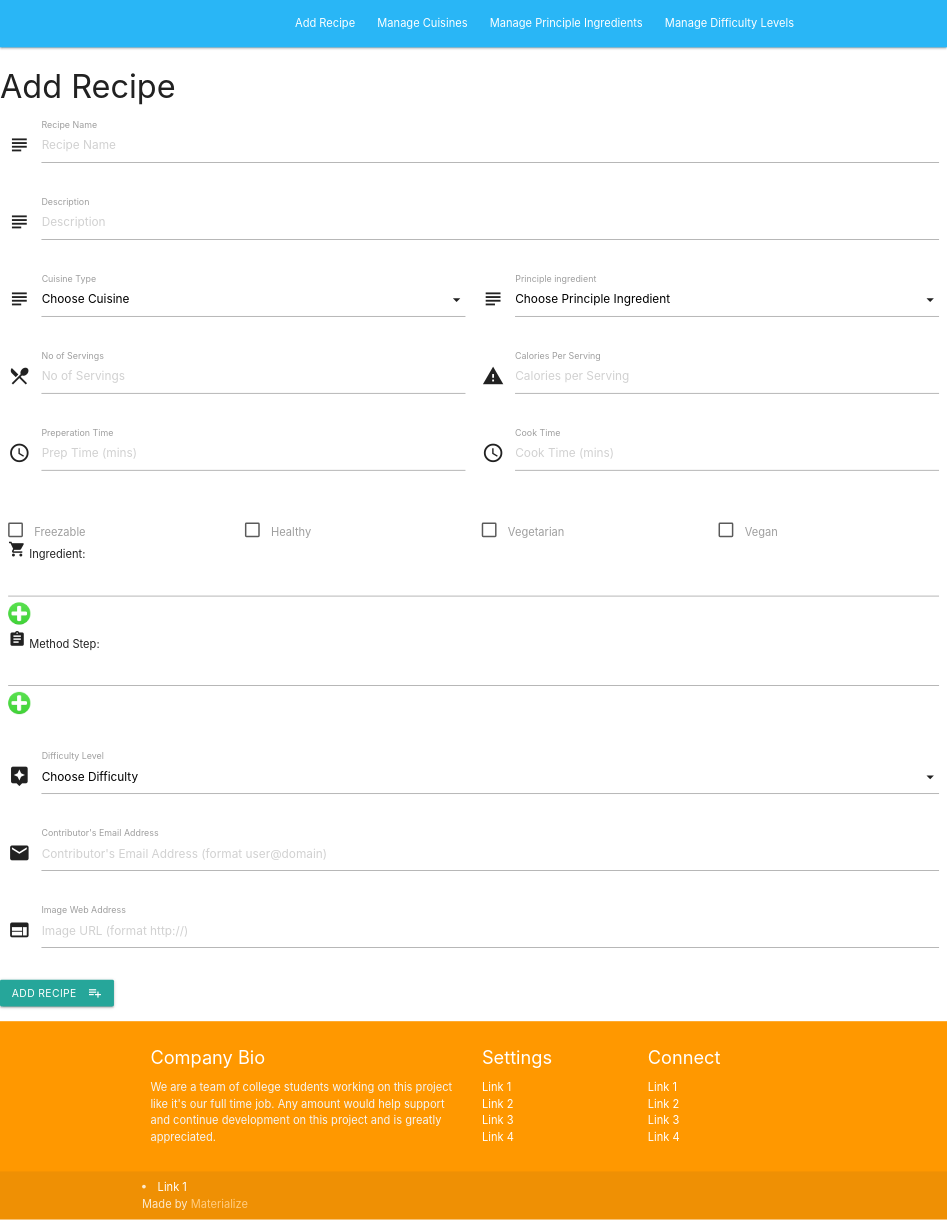
Repository: keefm6776/cookery-website
Page: http://localhost/add_recipe
The author's editor kept a record of every edit. The page is drawn from the files as they stood at one moment, then again after the next edit.
The browser window is 1280 px wide. The pictures show the whole page, at 74% of full size.
The page is served by the project's application, run on Flask 3 (app.py). Queries for data that is not in the repository find no rows.

Above is the page before.

### templates/add_recipe.html
{% extends 'base.html' %} {% block content %}

<h3>Add Recipe</h3>

<div class="row">
    <form action="{{url_for('insert_recipe')}}" method="POST" class="col s12">
        <div class="row">
            <div class="input-field col s12">
                <i class="material-icons prefix">subject</i>
                <label>Recipe Name</label>
                <input placeholder="Recipe Name" id="recipe_name" name="recipe_name" type="text" class="validate">
            </div>
            <!-- input-field -->
        </div>
        <!-- Row -->
        <div class="row">
            <div class="input-field col s12">
                <i class="material-icons prefix">subject</i>
                <label>Description</label>
                <input placeholder="Description" id="blurb" name="blurb" type="text" class="validate">
            </div>
            <!-- input-field -->
        </div>
        <!-- Row -->

        <div class="row">
            <div class="input-field col s12 l6">
                <i class="material-icons prefix">subject</i>
                <select id="cuisine_type" name="cuisine_type" type="text">
            <option value="" disabled selected>Choose Cuisine</option>
            {% for cuisine in cuisines %}
                       <option value="{{cuisine.name}}">{{cuisine.name}}</option>
            {% endfor %}
        </select>
                <label>Cuisine Type</label>
            </div>
            <!-- input-field -->


            <div class="input-field col s12 l6">
                <i class="material-icons prefix">subject</i>
                <select id="principle" name="principle_ingredient" type="text`">
            <option value="" disabled selected>Choose Principle Ingredient</option>

            {% for principle in principles %}
              <option value="{{principle.name}}">{{principle.name}}</option>
            {% endfor %}
        </select>
                <label>Principle ingredient</label>
            </div>
            <!-- input-field -->
        </div>
        <!-- Row -->


        <div class="row">
            <div class="input-field col l6 s12">
                <i class="material-icons prefix">restaurant_menu</i>
                <label>No of Servings</label>
                <input placeholder="No of Servings" id="servings" name="servings" type="number" class="validate">
            </div>
            <!-- input-field -->
            <div class="input-field col l6 s12">
                <i class="material-icons prefix">warning</i>
                <label>Calories Per Serving</label>
                <input placeholder="Calories per Serving" id="calories_per_serve" name="calories_per_serve" type="number" class="validate">
            </div>
            <!-- inpuit-field -->
        </div>
        <!-- Row -->

        <div class="row">
            <div class="input-field col l6 s12">
                <i class="material-icons prefix">access_time</i>
                <label>Preperation Time</label>
                <input placeholder="Prep Time (mins)" id="prep_time" name="prep_time" type="number" class="validate">
            </div>
            <!-- input-field -->
            <div class="input-field col l6 s12">
                <i class="material-icons prefix">access_time</i>
                <label>Cook Time</label>
                <input placeholder="Cook Time (mins)" id="cook_time" name="cook_time" type="number" class="validate">
            </div>
            <!-- input-field -->
        </div>
        <!-- Row -->

        <div class="row">
            <div class="input-field col s6 l3">
                <label>
          <input type="checkbox" id="isfreezable" name="isfreezable" class="filled-in"/>
          <span>Freezable</span>
        </label>
            </div>
            <!-- input-field -->

            <div class="input-field col s6 l3">
                <label>
          <input type="checkbox" id="ishealthy" name="ishealthy" class="filled-in"/>
          <span>Healthy</span>
        </label>
            </div>
            <!-- input-field -->

            <div class="input-field col s6 l3">
                <label>
          <input type="checkbox" id="isvegetarian" name="isvegetarian" class="filled-in"/>
          <span>Vegetarian</span>
        </label>
            </div>
            <!-- input-field -->

            <div class="input-field col s6 l3">
                <label>
          <input type="checkbox" id="isvegan" name="isvegan" class="filled-in"/>
          <span>Vegan</span>
        </label>
            </div>
            <!-- input-field -->
        </div>
        <!-- Row -->



        <div class="field_wrapper">
            <div>
                <i class="material-icons prefix">local_grocery_store</i> Ingredient:
                <input type="text" name="ingredient[]" value="" />
                <a href="javascript:void(0);" class="add_button" title="Add Ingredient field"><img src="{{url_for('static', filename='images/add-1-icon.png')}}" alt="Tick" width="30" height="30" /></a>
            </div>
        </div>

        <div class="field_wrapper">
            <div>
                <i class="material-icons prefix">assignment</i> Method Step:
                <input type="text" name="method_step[]" value="" />
                <a href="javascript:void(0);" class="add_button" title="Add Method field"><img src="{{url_for('static', filename='images/add-1-icon.png')}}" alt="Tick" width="30" height="30" /></a>
            </div>
        </div>

</div>


<div class="row">

</div>

<div class="row">
    <div class="input-field col s12">
        <i class="material-icons prefix">assistant</i>
        <select id="difficulty" name="difficulty" type="text">
            <option value="" disabled selected>Choose Difficulty</option>
            {% for level in difficulties%}
              <option value="{{ level.level }}">{{ level.level }}</option>
            {% endfor %}
        </select>
        <label>Difficulty Level</label>
    </div>
    <!-- input-field -->
</div>
<!-- Row -->

<div class="row">
    <div class="input-field col s12">
        <i class="material-icons prefix">email</i>
        <label>Contributor's Email Address</label>
        <input placeholder="Contributor's Email Address (format user@domain)" id="contributor" name="contributor" type="email" class="validate">
    </div>
    <!-- input-field -->
</div>
<!-- Row -->

<div class="row">
    <div class="input-field col s12">
        <i class="material-icons prefix">web</i>
        <label>Image Web Address</label>
        <input placeholder="Image URL (format http://)" id="image_url" name="image_url" type="url" class="validate">
    </div>
    <!-- input-field -->
</div>
<!-- Row -->

<div class="row">
    <button class="btn waves-effect waves-light" type="submit" name="action">Add Recipe
                <i class="material-icons right">playlist_add</i>
            </button>
</div>
<!--Row-->
</form>
</div>
<!-- Row -->

{% endblock %}

### templates/base.html
<!DOCTYPE html>
<html lang="en">

<head>
  <meta http-equiv="Content-Type" content="text/html; charset=UTF-8" />
  <meta name="viewport" content="width=device-width, initial-scale=1" />
  <title>Cookbook Website</title>

  <!--Load links to CSS files for materialize and my own-->
  <link href="https://fonts.googleapis.com/icon?family=Material+Icons" rel="stylesheet">
  <link rel="stylesheet" href="{{url_for('static', filename='css/materialize.min.css')}}" type="text/css">
  <link rel="stylesheet" href="{{url_for('static', filename='css/style.css')}}" type="text/css">

</head>

<body>

  <nav class="light-blue lighten-1" role="navigation">
    <div class="nav-wrapper container"><a id="logo-container" href="{{url_for('static', filename='images/earth.jpg')}}" class="brand-logo"></a>
      <ul class="right hide-on-med-and-down">
        <li><a href="{{url_for('add_recipe')}}">Add Recipe</a></li>
        <li><a href="{{url_for('get_cuisines')}}">Manage Cuisines</a></li>
        <li><a href="{{url_for('get_principles')}}">Manage Principle Ingredients</a></li>
        <li><a href="{{url_for('get_difficulties')}}">Manage Difficulty Levels</a></li>
      </ul>

      <ul id="nav-mobile" class="sidenav">
        <li><a href="{{url_for('get_recipes')}}">List Recipes</a></li>
        <li><a href="{{url_for('add_recipe')}}">Add Recipe</a></li>
        <li><a href="{{url_for('get_cuisines')}}">Manage Cuisines</a></li>
        <li><a href="{{url_for('get_principles')}}">Manage Principle Ingredients</a></li>
        <li><a href="{{url_for('get_difficulties')}}">Manage Difficulty Levels</a></li>
      </ul>
      <a href="#" data-target="nav-mobile" class="sidenav-trigger"><i class="material-icons">menu</i></a>
    </div>
  </nav>

  {% block content %} {% endblock %}

  <footer class="page-footer orange">
    <div class="container">
      <div class="row">
        <div class="col l6 s12">
          <h5 class="white-text">Company Bio</h5>
          <p class="grey-text text-lighten-4">We are a team of college students working on this project like it's our full time job. Any amount would help support and continue development on this project and is greatly appreciated.</p>


        </div>
        <div class="col l3 s12">
          <h5 class="white-text">Settings</h5>
          <ul>
            <li><a class="white-text" href="#!">Link 1</a></li>
            <li><a class="white-text" href="#!">Link 2</a></li>
            <li><a class="white-text" href="#!">Link 3</a></li>
            <li><a class="white-text" href="#!">Link 4</a></li>
          </ul>
        </div>
        <div class="col l3 s12">
          <h5 class="white-text">Connect</h5>
          <ul>
            <li><a class="white-text" href="#!">Link 1</a></li>
            <li><a class="white-text" href="#!">Link 2</a></li>
            <li><a class="white-text" href="#!">Link 3</a></li>
            <li><a class="white-text" href="#!">Link 4</a></li>
          </ul>
        </div>
      </div>
    </div>

    <div class="footer-copyright">
      <div class="container">
        <li><a class="white-text" href="#!">Link 1</a></li>
        Made by <a class="orange-text text-lighten-3" href="http://materializecss.com">Materialize</a>
      </div>
    </div>
  </footer>



  <!--JavaScript at end of body for optimized loading-->
  <script type="text/javascript" src="{{url_for('static', filename='js/jquery.js')}}"></script>
  <script type="text/javascript" src="{{url_for('static', filename='js/init.js')}}"></script>
  <script type="text/javascript" src="{{url_for('static', filename='js/materialize.min.js')}}"></script>
  <script type="text/javascript">
    $(document).ready(function() {
      $('select').formSelect();
    });
  </script>

  <script type="text/javascript">
$(document).ready(function(){
    var maxField = 10; //Input fields increment limitation
    var addButton = $('.add_button'); //Add button selector
    var wrapper = $('.field_wrapper'); //Input field wrapper
    var fieldHTML = '<div><input type="text" name="field_name[]" value=""/><a href="javascript:void(0);" class="remove_button"><img src="remove-icon.png"/></a></div>'; //New input field html
    var x = 1; //Initial field counter is 1

    //Once add button is clicked
    $(addButton).click(function(){
        //Check maximum number of input fields
        if(x < maxField){
            x++; //Increment field counter
            $(wrapper).append(fieldHTML); //Add field html
        }
    });

    //Once remove button is clicked
    $(this).on('click', '.remove_button', function(e){
        e.preventDefault();
        $(this).parent('div').remove(); //Remove field html
        x--; //Decrement field counter
    });
});
</script>

</body>



<footer>

</footer>

</html>

### app.py
import os
from flask import Flask, render_template, redirect, request, url_for
from flask_pymongo import PyMongo
from bson.objectid import ObjectId

app = Flask(__name__)
app.config["MONGO_DBNAME"] = 'cookbook'
app.config["MONGO_URI"] = 'mongodb+srv://root:31Wirpbj6677@cookery-website-xysxa.mongodb.net/cookbook?retryWrites=true&w=majority'

mongo = PyMongo(app)

################################################################################### Recipe Operations

@app.route('/')
@app.route('/get_recipes')
def get_recipes():
    all_recipes=mongo.db.recipes.find()
    return render_template("list_recipes.html", recipes=all_recipes)

@app.route('/add_recipe')
def add_recipe():
    all_difficulties=mongo.db.difficulty_levels.find()
    all_cuisines=mongo.db.cuisine_type.find()
    all_principles=mongo.db.principle_ingredients.find()
    return render_template("add_recipe.html", difficulties=all_difficulties, cuisines=all_cuisines, principles=all_principles)

@app.route('/insert_recipe', methods=['POST'])
def insert_recipe():
    recipes = mongo.db.recipes
    recipes.insert_one(request.form.to_dict())
    return redirect(url_for('get_recipes'))

@app.route('/view_recipe/<recipe_id>')
def view_recipe(recipe_id):
    this_recipe=mongo.db.recipes.find_one({"_id": ObjectId(recipe_id)})
    all_cuisines=mongo.db.cuisine_type.find()
    return render_template('view_recipe.html', recipe=this_recipe, cuisines=all_cuisines)

@app.route('/edit_recipe/<recipe_id>')
def edit_recipe(recipe_id):
    this_recipe =  mongo.db.recipes.find_one({"_id": ObjectId(recipe_id)})
    all_cuisines =  mongo.db.cuisine_type.find()
    all_principles =  mongo.db.principle_ingredients.find()
    all_difficulties = mongo.db.difficulty_levels.find()
    return render_template('edit_recipe.html', recipe=this_recipe, cuisines=all_cuisines, principles=all_principles, difficulties=all_difficulties)

@app.route('/update_recipe/<recipe_id>', methods=['POST'])
def update_recipe(recipe_id):
    recipes =  mongo.db.recipes
    recipes.update({'_id': ObjectId(recipe_id)},
    {'recipe_name': request.form.get('recipe_name'),
    'cuisine_type': request.form.get('cuisine_type'),
    'servings': request.form.get('servings'),
    'prep_time': request.form.get('prep_time'),
    'cook_time': request.form.get('cook_time'),
    'calories_per_serve': request.form.get('calories_per_serve'),
    'difficulty': request.form.get('difficulty'),
    'blurb': request.form.get('blurb'),
    'isfreezable': request.form.get('isfreezable'),
    'ishealthy': request.form.get('ishealthy'),
    'isvegan': request.form.get('isvegan'),
    'isvegetarian': request.form.get('isvegetarian'),
    'ingredients': request.form.get('ingredients'),
    'method': request.form.get('method'),
    'principle_ingredient': request.form.get('principle_ingredient'),
    'contributor': request.form.get('contributor'),
    'image_url': request.form.get('image_url')
    })
    return redirect(url_for('get_recipes'))

@app.route('/delete_recipe/<recipe_id>')
def delete_recipe(recipe_id):
    mongo.db.recipes.remove({'_id': ObjectId(recipe_id)})
    return redirect(url_for('get_recipes'))

######################################################################## Cuisine Operations


@app.route('/get_cuisines')
def get_cuisines():
    all_cuisines=mongo.db.cuisine_type.find()
    return render_template("manage_cuisines.html", cuisines=all_cuisines)

@app.route('/add_cuisine')
def add_cuisine():
    all_cuisines=mongo.db.cuisine_type.find()
    return render_template("add_cuisine.html", cuisines=all_cuisines)

@app.route('/edit_cuisine/<cuisine_id>')
def edit_cuisine(cuisine_id):
    this_cuisine =  mongo.db.cuisine_type.find_one({"_id": ObjectId(cuisine_id)})
    return render_template("edit_cuisine.html", cuisine=this_cuisine)

@app.route('/delete_cuisine/<cuisine_id>')
def delete_cuisine(cuisine_id):
    mongo.db.cuisine_type.remove({'_id': ObjectId(cuisine_id)})
    return redirect(url_for('get_cuisines'))

@app.route('/insert_cuisine', methods=['POST'])
def insert_cuisine():
    cuisines = mongo.db.cuisine_type
    cuisines.insert_one(request.form.to_dict())
    return redirect(url_for('get_cuisines'))

@app.route('/update_cuisine/<cuisine_id>', methods=['POST'])
def update_cuisine(cuisine_id):
    cuisines =  mongo.db.cuisine_type
    cuisines.update({'_id': ObjectId(cuisine_id)},
    {'name': request.form.get('name'),
    'flag_image': request.form.get('flag_image')
    })
    return redirect(url_for('get_cuisines'))

######################################################################## Principle Ingredient Operations

@app.route('/get_principles')
def get_principles():
    all_principles=mongo.db.principle_ingredients.find()
    return render_template("manage_principles.html", principles=all_principles)

@app.route('/delete_principle/<principle_id>')
def delete_principle(principle_id):
    mongo.db.principle_ingredients.remove({'_id': ObjectId(principle_id)})
    return redirect(url_for('get_principles'))

@app.route('/add_principle')
def add_principle():
    all_principles=mongo.db.principle_ingredients.find()
    return render_template("add_principle.html", principles=all_principles)

@app.route('/insert_principle', methods=['POST'])
def insert_principle():
    principles = mongo.db.principle_ingredients
    principles.insert_one(request.form.to_dict())
    return redirect(url_for('get_principles'))

@app.route('/edit_principle/<principle_id>')
def edit_principle(principle_id):
    this_principle =  mongo.db.principle_ingredients.find_one({"_id": ObjectId(principle_id)})
    return render_template('edit_principle.html', principle=this_principle)

@app.route('/update_principle/<principle_id>', methods=['POST'])
def update_principle(principle_id):
    principles =  mongo.db.principle_ingredients
    principles.update({'_id': ObjectId(principle_id)},
    {'name': request.form.get('name'),
    'image_url': request.form.get('image_url')
    })
    return redirect(url_for('get_principles'))



######################################################################## Principle Ingredient Operations

@app.route('/get_difficulties')
def get_difficulties():
    all_difficulties=mongo.db.difficulty_levels.find()
    return render_template("manage_difficulties.html", difficulties=all_difficulties)

@app.route('/delete_difficulty/<difficulty_id>')
def delete_difficulty(difficulty_id):
    mongo.db.difficulty_levels.remove({'_id': ObjectId(difficulty_id)})
    return redirect(url_for('get_difficulties'))

@app.route('/add_difficulty')
def add_difficulty():
    all_difficulties=mongo.db.difficulty_levels.find()
    return render_template("add_difficulty.html", difficulties=all_difficulties)

@app.route('/insert_difficulty', methods=['POST'])
def insert_difficulty():
    difficulties = mongo.db.difficulty_levels
    difficulties.insert_one(request.form.to_dict())
    return redirect(url_for('get_difficulties'))

@app.route('/edit_difficulty/<difficulty_id>')
def edit_difficulty(difficulty_id):
    this_difficulty =  mongo.db.difficulty_levels.find_one({"_id": ObjectId(difficulty_id)})
    return render_template('edit_difficulty.html', difficulty=this_difficulty)

@app.route('/update_difficulty/<difficulty_id>', methods=['POST'])
def update_difficulty(difficulty_id):
    difficulties =  mongo.db.difficulty_levels
    difficulties.update({'_id': ObjectId(difficulty_id)},
    {'level': request.form.get('level'),
    'image_url': request.form.get('image_url')
    })
    return redirect(url_for('get_difficulties'))



#################################################################################################

if __name__ == '__main__':
    app.run(host=os.environ.get('IP'),
            port=int(os.environ.get('PORT')),
            debug=True)

### static/css/style.css
/* Custom Stylesheet */
/**
 * Use this file to override Materialize files so you can update
 * the core Materialize files in the future
 *
 * Made By MaterializeCSS.com
 */

.icon-block {
  padding: 0 15px;
}
.icon-block .material-icons {
	font-size: inherit;
}



/* User Styling */

.center-item{
    text-align: center;
}

.sidenav{
    background-color: #03a9f4;
}

.recipe-image{
   width: 100%;
   height: 100%;
}

### static/js/init.js
(function($) {
  $(function() {

    $('.sidenav').sidenav();

  }); // end of document ready

})(jQuery); // end of jQuery name space

Loaded but not shown: static/css/materialize.min.css (library); static/js/jquery.js (library); static/js/materialize.min.js (library)

After the next edit:
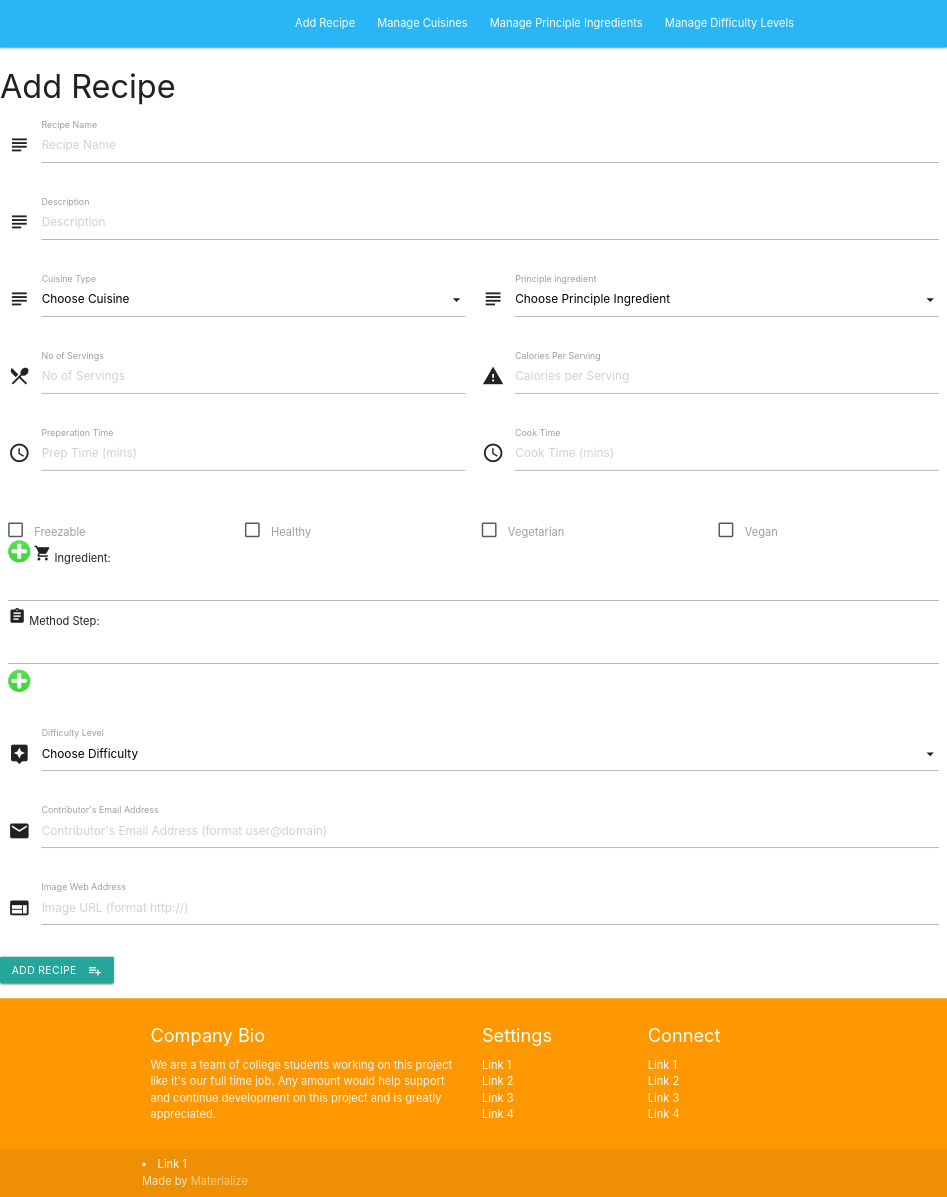
The edit:
--- a/templates/add_recipe.html
+++ b/templates/add_recipe.html
@@ -124,9 +124,9 @@
 
         <div class="field_wrapper">
             <div>
+                <a href="javascript:void(0);" class="add_button" title="Add Ingredient field"><img src="{{url_for('static', filename='images/add-1-icon.png')}}" alt="Tick" width="30" height="30" /></a>
                 <i class="material-icons prefix">local_grocery_store</i> Ingredient:
                 <input type="text" name="ingredient[]" value="" />
-                <a href="javascript:void(0);" class="add_button" title="Add Ingredient field"><img src="{{url_for('static', filename='images/add-1-icon.png')}}" alt="Tick" width="30" height="30" /></a>
             </div>
         </div>
 
